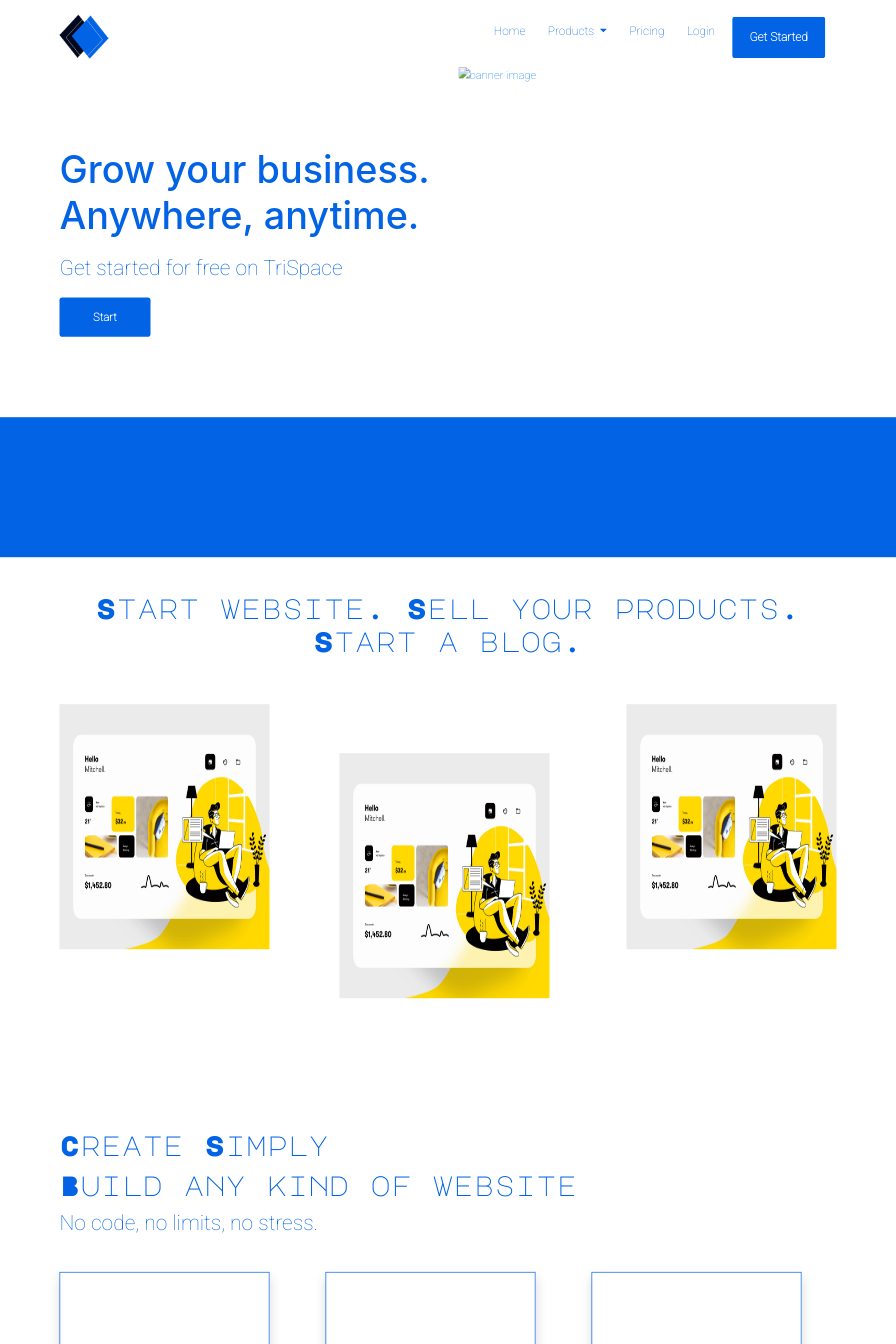
Repository: latenightsnacc/TriSpace
Page: HTML/index.html
These files come from the project's save history. The page is drawn as it stood at one moment and after the next save; the edit follows.
The browser window is 1280 px wide. The pictures show the part of the page from y = 0 to 1920 px (the page is 5158 px tall), at 70% of full size.
The style sheet was rebuilt from its Sass, Less or Tailwind sources for each picture, by a compiler version that may differ from the author's.

Above is the page before, as saved 2020-11-12 11:12:57.
Not found: HTML/asset/line.png

After the next save:
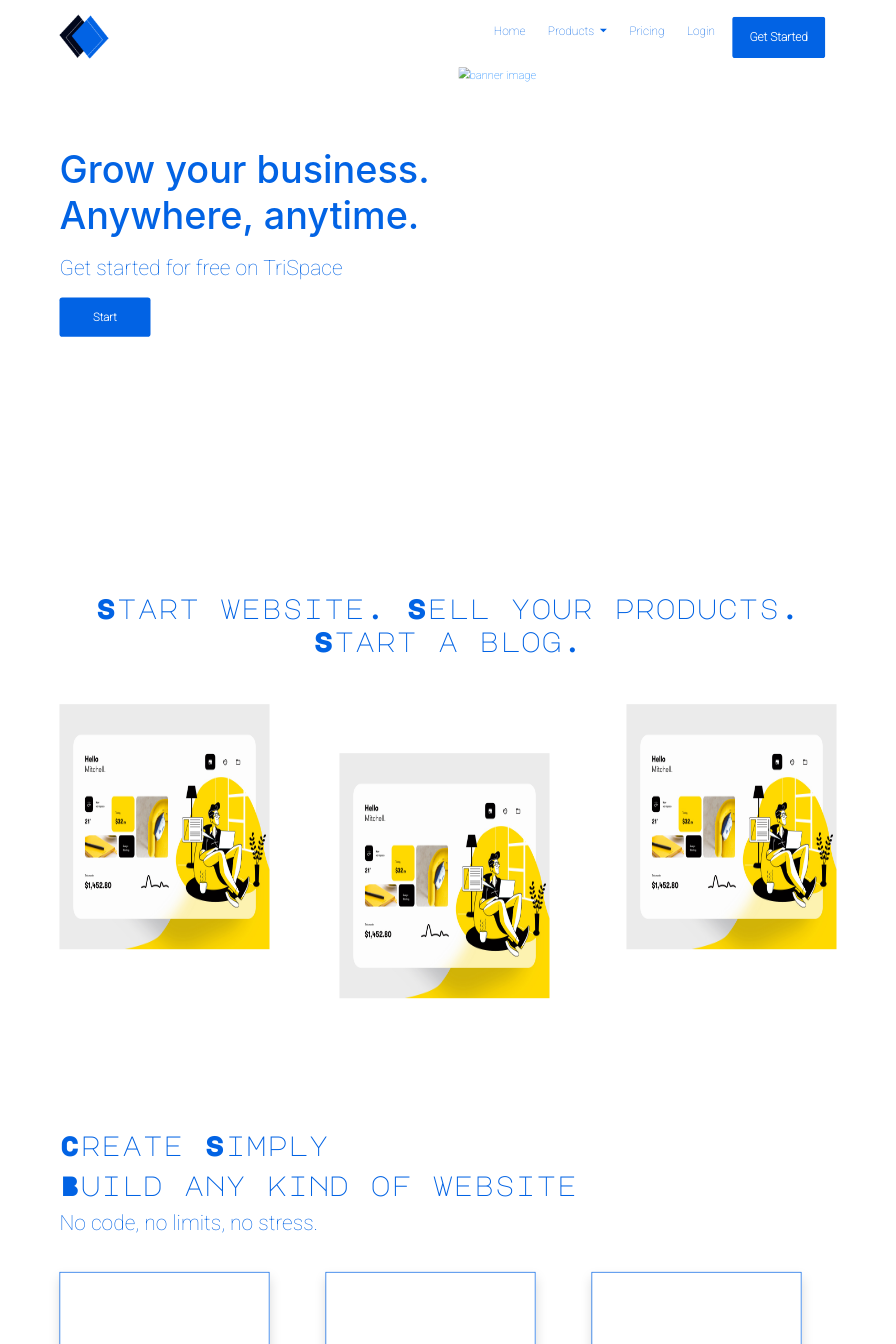
Saved 17 s later.
--- a/HTML/styles/stylesheet.scss
+++ b/HTML/styles/stylesheet.scss
@@ -168,7 +168,7 @@ section.wave {
 }
 .wave {
     position: relative;
-    background: $blue;
+    // background: $blue;
     &::before {
         content: '';
         position: absolute;
